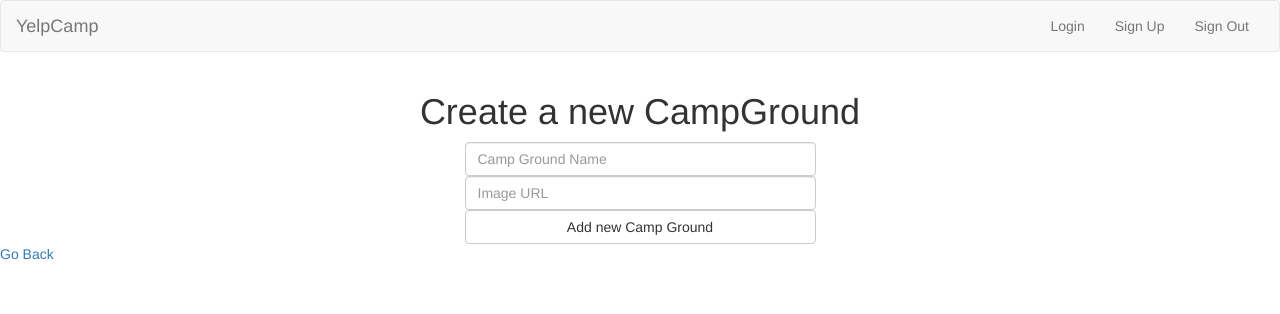
Repository: KMurphs/Tutorials
Page: YelpCamp/v1/views/newcampground.ejs
The author's editor kept a record of every edit. The page is drawn from the files as they stood at one moment, then again after the next edit.
The browser window is 1280 px wide. The pictures show the whole page.
The page is served by the project's Node server (YelpCamp/vtemplate/app.js). The template is opened directly, without the code that normally fills it, so the values that code supplies are empty.

Above is the page before.

### Web Development/Udemy - Boot Camp/Code/code/webdevebootcamp - backend/workspace/YelpCamp/v1/views/newcampground.ejs
<% include partials/header %>



<div class='container'>
	<div class='row'>
		<h1 style='text-align: center;'>Create a new CampGround</h1>
		<div style='width: 30%; margin: 0 auto;'>
			<form method="POST" action="/campgrounds" >
				<div class='from-group'>
					<input class='form-control' type="text" name="name" placeholder="Camp Ground Name">
				</div>
				<div class='from-group'>
					<input class='form-control'type="text" name="image" placeholder="Image URL">
				</div>
				<div class='from-group'>
					<button class='btn btn-large btn-default btn-block'>Add new Camp Ground</button>
				</div>
			</form>
		</div>
	</div>
</div>

<a href="/campgrounds">Go Back</a>
<% include partials/footer %>

### Web Development/Udemy - Boot Camp/Code/code/webdevebootcamp - backend/workspace/YelpCamp/v1/views/partials/header.ejs
<!DOCTYPE html>
<html>
<head>
	<title>The YelpCamp</title>
	<link rel="stylesheet" href="https://stackpath.bootstrapcdn.com/bootstrap/3.4.1/css/bootstrap.min.css" integrity="sha384-HSMxcRTRxnN+Bdg0JdbxYKrThecOKuH5zCYotlSAcp1+c8xmyTe9GYg1l9a69psu" crossorigin="anonymous">
</head>
<body>

<nav class="navbar navbar-default">
  <div class="container-fluid">
    <!-- Brand and toggle get grouped for better mobile display -->
    <div class="navbar-header">
      <a class="navbar-brand" href="/">YelpCamp</a>
    </div>

    <!-- Collect the nav links, forms, and other content for toggling -->
    <div class="collapse navbar-collapse" id="bs-example-navbar-collapse-1">

      <ul class="nav navbar-nav navbar-right">
        <li><a href="/">Login</a></li>
        <li><a href="/">Sign Up</a></li>
        <li><a href="/">Sign Out</a></li>
      </ul>
    </div><!-- /.navbar-collapse -->
  </div><!-- /.container-fluid -->
</nav>

### Web Development/Udemy - Boot Camp/Code/code/webdevebootcamp - backend/workspace/YelpCamp/v1/views/partials/footer.ejs
<!--<div>TradeMark YelpCamp 2019</div>-->
</body>
</html>

### Web Development/Udemy - Boot Camp/Code/code/webdevebootcamp - backend/workspace/YelpCamp/vtemplate/app.js
// Setting up the enviroment
var express = require("express");
var bodyParser = require("body-parser");
var request = require('request');
var helpDebug = true;

var app = express();
app.set('view engine', 'ejs');
app.use(express.static(__dirname + '/public'));
app.use(bodyParser.urlencoded({extended: true}));


//////////////Server Routes


//Home Page GET request route
app.get('/', function(req, res){
    if(helpDebug)console.log('A GET Request to the Home Page was just made to the server');
    res.render('home');
});


//Catch all route, default route for unhandled GET requests
app.get('*', function(req, res){
    if(helpDebug)console.log('An unhandled GET Request was just made to the server');
    res.render('default');
});



/////////////Starting the server
app.listen(process.env.PORT, process.env.IP, function(){
   console.log('YelpCamp Server has started!');
});

After the next edit:
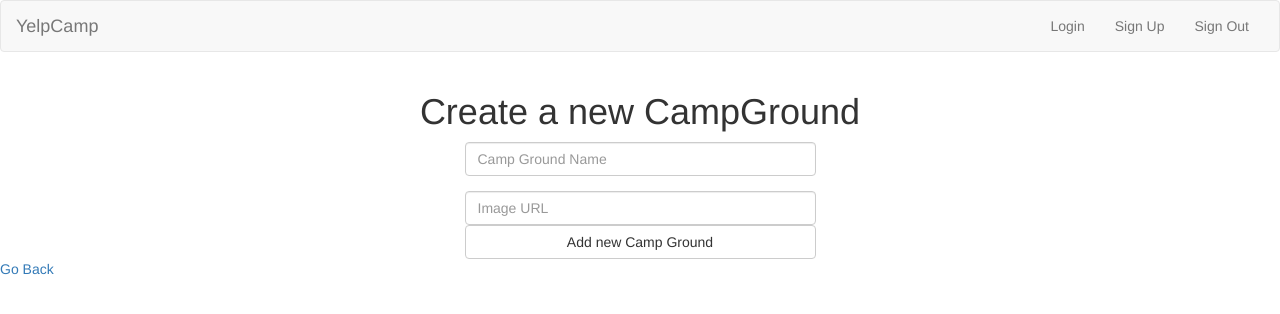
The edit:
--- a/Web Development/Udemy - Boot Camp/Code/code/webdevebootcamp - backend/workspace/YelpCamp/v1/views/newcampground.ejs
+++ b/Web Development/Udemy - Boot Camp/Code/code/webdevebootcamp - backend/workspace/YelpCamp/v1/views/newcampground.ejs
@@ -7,7 +7,7 @@
 		<h1 style='text-align: center;'>Create a new CampGround</h1>
 		<div style='width: 30%; margin: 0 auto;'>
 			<form method="POST" action="/campgrounds" >
-				<div class='from-group'>
+				<div class='form-group'>
 					<input class='form-control' type="text" name="name" placeholder="Camp Ground Name">
 				</div>
 				<div class='from-group'>
